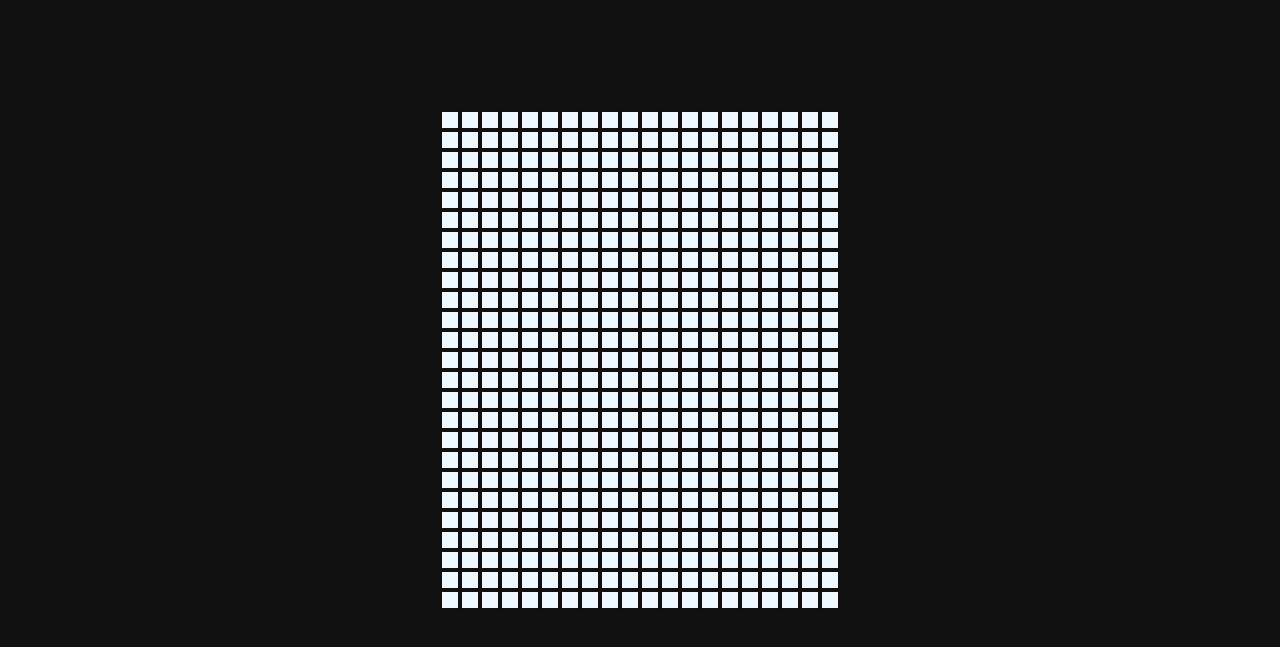
Repository: MorgunovaAlexandra/board-hover
Page: index.html
The author's editor kept a copy of each file at every save. The page is drawn from the files as they stood at one save, then again after the next save.
The browser window is 1280 px wide. The pictures show the whole page.

Above is the page before, as saved 2022-07-01 15:05:52.

### index.html

<!DOCTYPE html>
<html lang="en">
<head>
  <meta charset="UTF-8" />
  <meta name="viewport" content="width=device-width, initial-scale=1.0" />
  <link rel="stylesheet" href="styles.css" />
  <title>Доска | Проект 4</title>
</head>
<body>
<div class="container" id="board">

</div>
<script src="./app.js"></script>
</body>
</html>

### styles.css
* {
  box-sizing: border-box;
}

body {
  background-color: #111;
  display: flex;
  align-items: center;
  justify-content: center;
  height: 100vh;
  overflow: hidden;
  margin: 0;
}
.container{
  display: flex;
  justify-content: center;
  align-items: center;
  flex-wrap: wrap;
  max-width: 400px;
}
.square{
width: 16px;
height: 16px;
background-color: aliceblue;
margin: 2px;
box-shadow: 0 0 2px rgb(16, 17, 17);
transition:  3s ease;
}
.square:hover{
  transition-duration:0s ;
}

### app.js
const board=document.querySelector('#board')
const colors=['rgb(93, 140, 176)','rgb(147, 124, 229)','rgb(242, 136, 213)','rgb(237, 106, 106)','rgb(255, 99, 172)','rgb(99, 255, 172)','rgb(255, 250, 99)','rgb(51, 177, 255)']
const SQUERS_NUMBER=500;
for(let i=0;i<SQUERS_NUMBER;i++){
    const squre=document.createElement('div');
    squre.classList.add('square');
    squre.addEventListener('mousemove',()=>{
        setColor(squre)
    })
    squre.addEventListener('mouseleave',()=>{
      removeColor(squre)
    })
    board.append(squre)
}
function setColor(element){
    const color=getColor()
    element.style.backgroundColor=color
    element.style.boxShadow=`0 0 2px ${color}, 0 0 10px ${color} `
}
function removeColor(element){
    element.style.backgroundColor='aliceblue';
    element.style.boxShadow='0 0 2px black';
}
function getColor(){
    const index=Math.floor(Math.random()*colors.length)
    return colors[index]
}

After the next save:
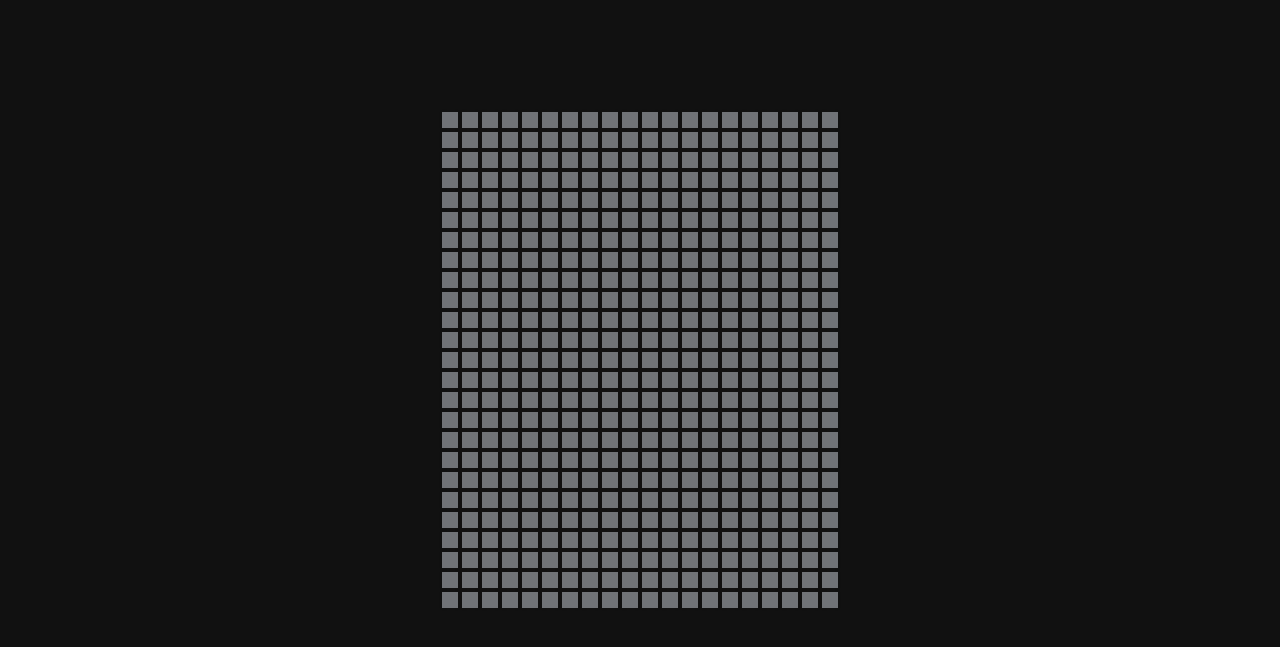
Saved 19 s later.
--- a/styles.css
+++ b/styles.css
@@ -21,7 +21,7 @@ body {
 .square{
 width: 16px;
 height: 16px;
-background-color: aliceblue;
+background-color: rgb(112, 115, 119);
 margin: 2px;
 box-shadow: 0 0 2px rgb(16, 17, 17);
 transition:  3s ease;
